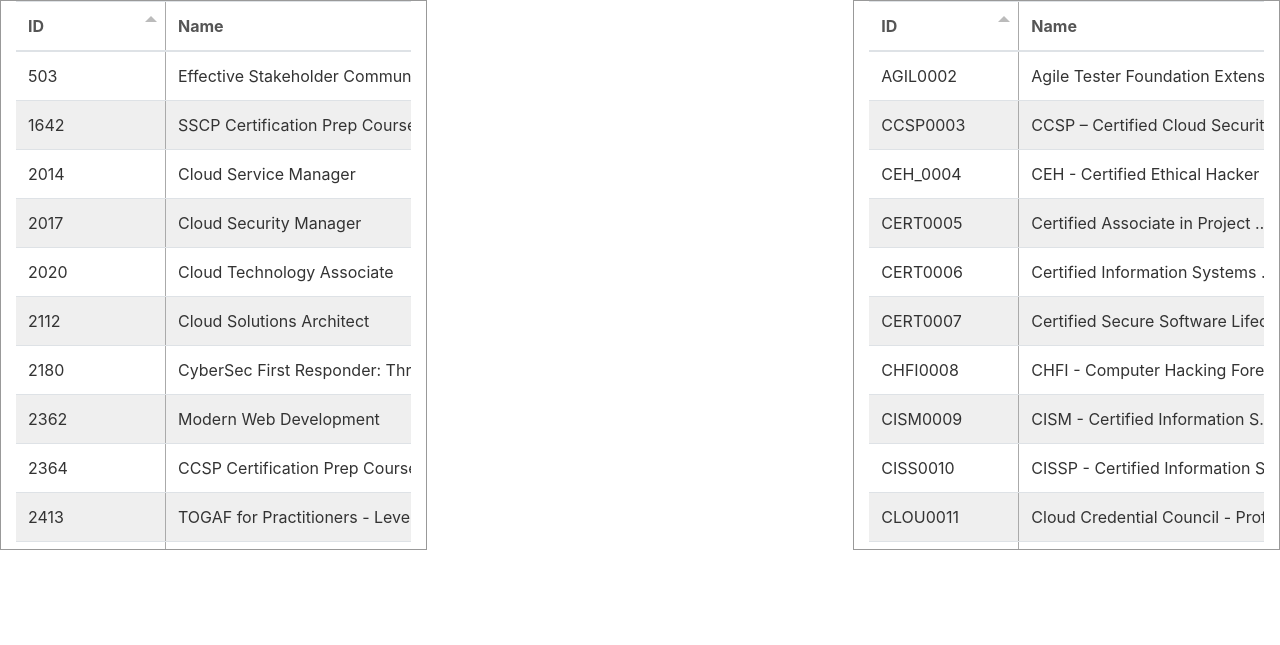
Repository: t1s1/pathfinder2
Page: index.html
The author's editor kept a record of every edit. The page is drawn from the files as they stood at one moment, then again after the next edit.
The browser window is 1280 px wide. The pictures show the whole page.

Above is the page before.

After the next edit:
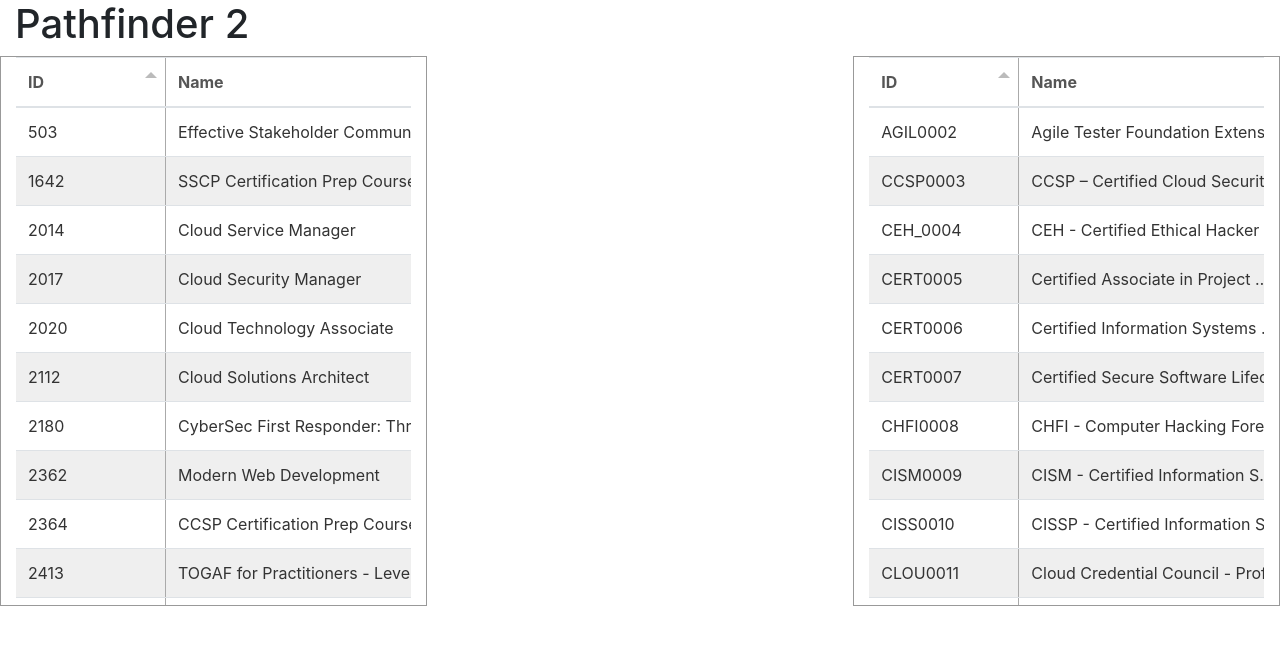
The edit:
--- a/index.html
+++ b/index.html
@@ -64,7 +64,7 @@
 <body>
 <div class="container-fluid">
   <div class="row">
-
+    <div class="col-lg"><h1>Pathfinder 2</h1></div>
   </div>
   <div class="row">
     <div id="course-table" class="col-lg-4"></div>
